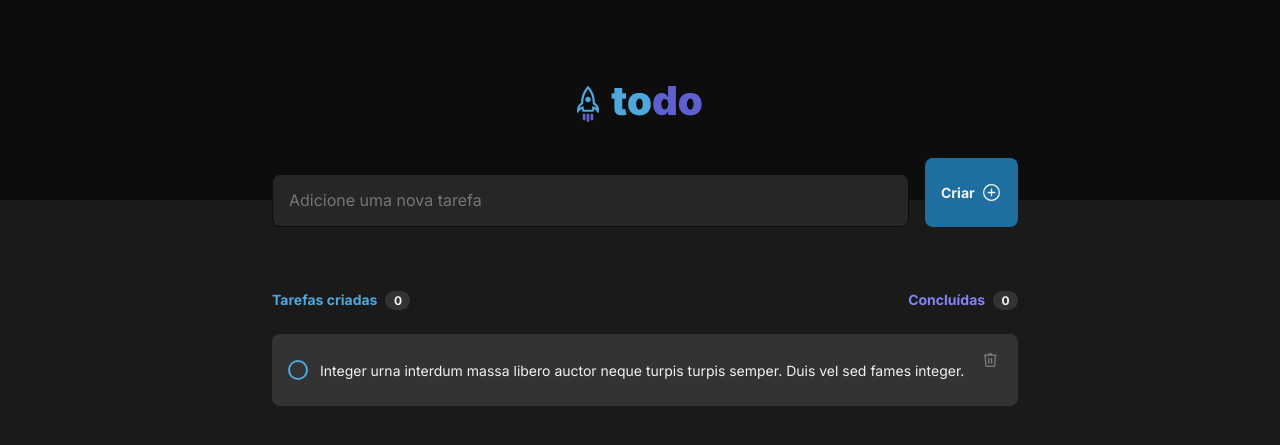
Repository: viniimartins/ToDoListROCKETSEAT
Page: /
An editor plug-in stored every save of this project. The page is shown before and after a run of saves, followed by the edit.
The browser window is 1280 px wide. The pictures show the whole page.
The project was rebuilt for these pictures with package versions that can differ from the ones it lists, and the page was loaded fresh each time. Also part of the build but not shown: vite.config.ts.

Above is the page before, as saved 2023-05-08 14:39:48.

After the next 4 saves:
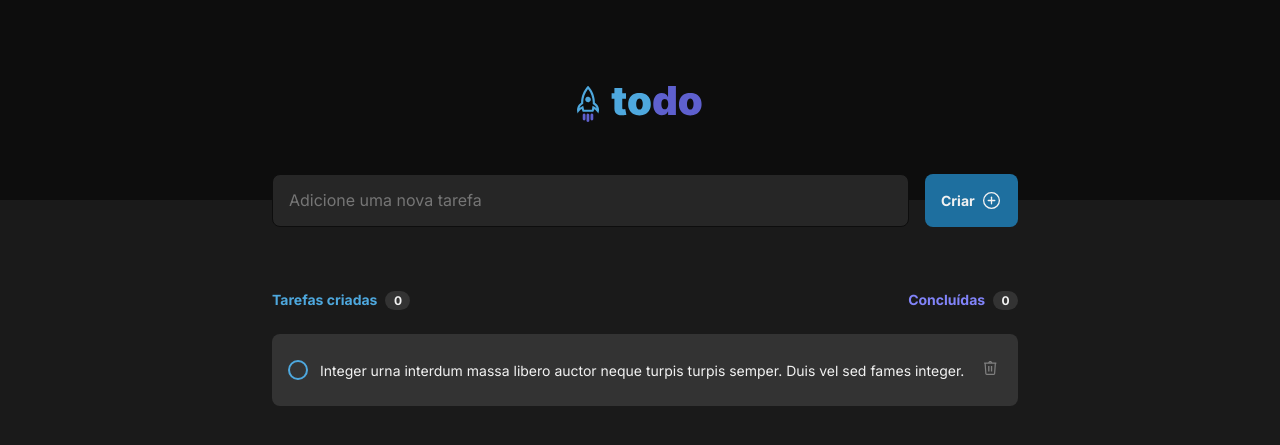
The 4 saves are shown as one change because they came seconds apart.
The last was saved 10 s later.
--- a/src/Components/TaskCreated.module.css
+++ b/src/Components/TaskCreated.module.css
@@ -77,6 +77,5 @@
 button {
   border: none;
   background: none;
-  margin-top: -1rem;
   cursor: pointer;
 }
